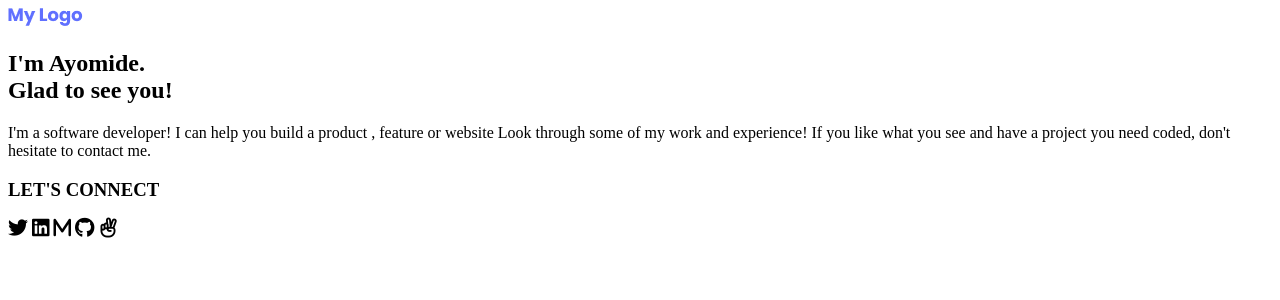
Repository: Paulinelali/microverse-personal-portfolio
Page: index.html
The author's editor kept a copy of each file at every save. The page is drawn from the files as they stood at one save, then again after the next save.
The browser window is 1280 px wide. The pictures show the whole page.
Some web libraries are served in a nearby version.

Above is the page before, as saved 2023-04-27 23:53:38.

### index.html
<!DOCTYPE html>
<html lang="en">
<head>
    <meta charset="UTF-8">
    <meta http-equiv="X-UA-Compatible" content="IE=edge">
    <meta name="viewport" content="width=device-width, initial-scale=1.0">
    <link rel="preconnect" href="https://fonts.googleapis.com">
<link rel="preconnect" href="https://fonts.gstatic.com" crossorigin>
<link href="https://fonts.googleapis.com/css2?family=Poppins:ital,wght@0,300;0,400;0,700;1,500&display=swap" rel="stylesheet">
    <script src="https://kit.fontawesome.com/97d9fb687f.js" crossorigin="anonymous"></script>
    <link rel="stylesheet" media="screen and (max-width: 765px)" href="style.css">
    <title>Ayomide's portfolio</title>
</head>
<body>
    <section>
        <header class="header">
            <nav class="navbar">
                <div class="logo">
                    <img src="./assets/My Logo.png" alt="">
                </div>
                <div class="hamburger">
                    <span class="line-top"></span>
                    <span class="line-middle"></span>
                    <span class="line-bottom"></span>
                </div>
            </nav>
            <div class="intro">
                <h1 class="title">
                    I'm Ayomide.<br>
                    Glad to see you!
                </h1>
                <p class="bio">
                    I'm a software developer! I can help you build a product , feature or website Look through some of my work and experience! If you like what you see and have a project you need coded, don't hesitate to contact me.
                </p>
                <h3 class="let-connect">
                    LET'S CONNECT
                </h3>
                <div class="social-icons">
                    <i class="fa-brands fa-twitter fa-lg"></i>
                    <i class="fa-brands fa-linkedin fa-lg"></i>
                    <i class="fa-solid fa-m fa-lg"></i>
                    <i class="fa-brands fa-github fa-lg"></i>
                    <i class="fa-regular fa-hand-peace fa-flip-horizontal fa-lg"></i>
                </div>
            </div>
        </header>
    </section>
</body>
</html>

### style.css

* {
  box-sizing: border-box;
  margin: 0;
  padding: 0;
}

body {
  font-family: 'Poppins', sans-serif;
}

.navbar {
  margin-top: 58px;
  display: flex;
  justify-content: space-between;
  padding: 0 24px;
}

.navbar .logo {
  vertical-align: middle;
  margin-top: 3px;
}

.hamburger {
  width: 10%;
  height: 4px;
  display: flex;
  flex-direction: column;
  gap: 7px;
}

.line-top,
.line-middle,
.line-bottom {
  border: 2px solid #6070ff;
}

.title {
  font-style: normal;
  font-weight: 700;
  font-size: 40px;
  line-height: 52px;
  color: #172b4d;
}

.intro {
  padding: 20% 5%;
  background: white url("./assets/bg.png") no-repeat;
  background-size: cover;
  display: flex;
  flex-direction: column;
  gap: 1rem;
}

.let-connect {
  font-style: normal;
  font-weight: 500;
  font-size: 1rem;
  line-height: 24px;
  color: #7f8cff;
}

.bio {
  font-style: normal;
  font-weight: 400;
  font-size: 1rem;
  line-height: 24px;
  color: #344563;
}

.social-icons {
  display: flex;
  gap: 5%;
  align-items: baseline;
}

.social-icons i {
  color: #505f79;
}

After the next save:
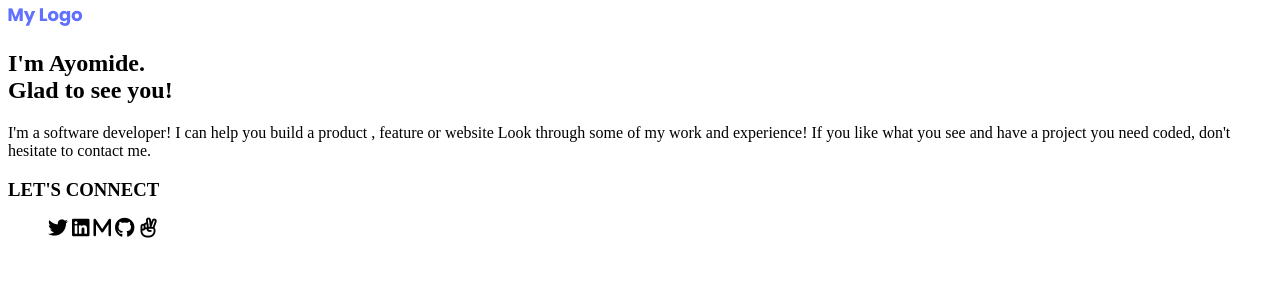
Saved 59 min 9 s later.
--- a/index.html
+++ b/index.html
@@ -35,13 +35,13 @@
                 <h3 class="let-connect">
                     LET'S CONNECT
                 </h3>
-                <div class="social-icons">
+                <ul class="social-icons">
                     <i class="fa-brands fa-twitter fa-lg"></i>
                     <i class="fa-brands fa-linkedin fa-lg"></i>
                     <i class="fa-solid fa-m fa-lg"></i>
                     <i class="fa-brands fa-github fa-lg"></i>
                     <i class="fa-regular fa-hand-peace fa-flip-horizontal fa-lg"></i>
-                </div>
+                </ul>
             </div>
         </header>
     </section>
